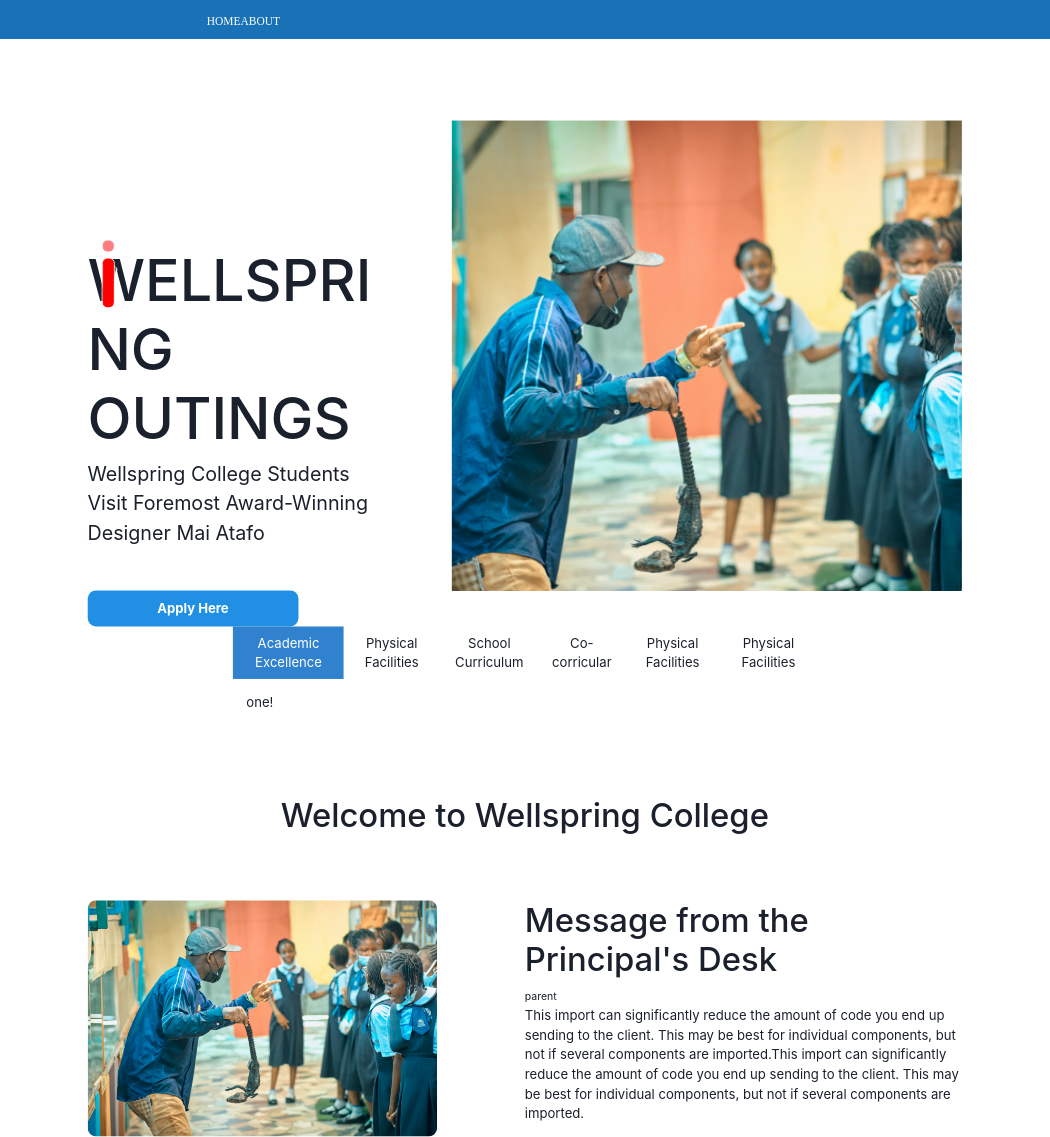
Repository: gr8skills/wellspring-school-forked
Page: /
These files come from the project's save history. The page is drawn as it stood at one moment and after the next save; the edit follows.
The browser window is 1280 px wide. The pictures show the whole page, at 82% of full size.
The project was rebuilt for these pictures with package versions that can differ from the ones it lists, and the page was loaded fresh each time. Also part of the build but not shown: src/components/Navbar/Dropdown.scss, src/components/Navbar/Dropdown.js, src/components/Calendar/Calendar.js, src/components/News/News.js.

Above is the page before, as saved 2022-12-02 00:30:58.

### src/index.css
body {
  /* margin: 0;
  font-family: -apple-system, BlinkMacSystemFont, 'Segoe UI', 'Roboto', 'Oxygen',
    'Ubuntu', 'Cantarell', 'Fira Sans', 'Droid Sans', 'Helvetica Neue',
    sans-serif;
  -webkit-font-smoothing: antialiased;
  -moz-osx-font-smoothing: grayscale; */
}

/* code {
  font-family: source-code-pro, Menlo, Monaco, Consolas, 'Courier New',
    monospace;
} */

### src/App.js
import logo from './logo.svg';
import './App.css';
import { BrowserRouter, Routes, Route, Link, Outlet } from "react-router-dom";
import "bootstrap/dist/css/bootstrap.min.css";

import NavBar from './components/Navbar/Navbar';
import { Home } from './pages/Home/Home';

function App() {
  return (


    <BrowserRouter>
      <NavBar />

      <Routes>
        <Route path="/" element={<Home />} />
        {/* <Route path="users" element={<Users />}>
          <Route path="me" element={<OwnUserProfile />} />
          <Route path=":id" element={<UserProfile />} />
        </Route> */}
      </Routes>
    </BrowserRouter>
  );
}

export default App;

### src/App.css
body{
}

.App {
  text-align: center;
    background-color:black;

}

.App-logo {
  height: 40vmin;
  pointer-events: none;
}

@media (prefers-reduced-motion: no-preference) {
  .App-logo {
    animation: App-logo-spin infinite 20s linear;
  }
}


@keyframes App-logo-spin {
  from {
    transform: rotate(0deg);
  }
  to {
    transform: rotate(360deg);
  }
}

### src/pages/Home/Home.js

import Carousel from "react-bootstrap/Carousel";
import Slider1 from "../../assets/slider1.png";
import Slider2 from "../../assets/slider2.png";
import { Sliders } from "../../components/Sliders/Sliders";
import { Button, ButtonGroup } from "@chakra-ui/react";

import "./_home.scss";
import { AppButton } from "../../components/AppButton/AppButton";
import { Calendar } from "../../components/Calendar/Calendar";
import { News } from "../../components/News/News";
import { AppTab } from "../../components/AppTab/AppTab";
export const Home =()=>{
    return (
      <>
        <div className="home-page-trans col-md-12 flexy">
          <div className="col-md-1">&nbsp;</div>
          <div className="col-md-10">
            {" "}
            <Carousel fade>
              <Carousel.Item>
                <div className="col-md-12 flexy">
                  <div className="col-md-4 slider-label">
                    <h1>Beyond the Classroom</h1>
                    <p>
                      Wellspring College Students Visit Foremost Award-Winning
                      Designer Mai Atafo
                    </p>
                  </div>
                  <div className="col-md-1">&nbsp;</div>
                  <div className="col-md-7">
                    <img
                      className="col-md-12 imgCaro"
                      src={Slider1}
                      alt="Scholar"
                    />
                  </div>
                </div>
              </Carousel.Item>

              <Carousel.Item>
                <div className="col-md-12 flexy">
                  <div className="col-md-4 slider-label">
                    <h1>WELLSPRING OUTINGS</h1>
                    <p>
                      Wellspring College Students Visit Foremost Award-Winning
                      Designer Mai Atafo
                    </p>
                  </div>
                  <div className="col-md-1">&nbsp;</div>

                  <div className="col-md-7">
                    <img
                      className="col-md-12 imgCaro"
                      src={Slider2}
                      alt="Scholar"
                    />
                  </div>
                </div>
              </Carousel.Item>
            </Carousel>
            <AppButton text="Apply Here" />
            {/* <Calendar month="Nov" day="10" year="2022" event="Open Day" time="10:00am-3:00pm"/> */}
            {/* <News date="August 29th, 2022" message="Wellspring College celebrates it's 17th Valedictory Service and Graduation Ceremony" url=""/> */}
            <AppTab />
          </div>
        </div>
        <div className="col-md-12 welcome-message-title">
          <Sliders
            header="Welcome to Wellspring College"
            message="This import can significantly reduce the amount of code you end up sending to the client. This may be best for individual components, but not if several components are imported.This import can significantly reduce the amount of code you end up sending to the client. This may be best for individual components, but not if several components are imported."
            sliderImg={Slider2}
            title="Message from the Principal's Desk"
            speaker="parent"
          />
        </div>
      </>
    );
}

### src/components/Navbar/MenuItems.js
export const navMenus = {
    about: [
        // {title: 'About ' + process.env.REACT_APP_SITE_NAME, path: '/about', cName: 'dropdown-link'},
        // {title: 'Administrator’s Message', path: '/about/administrators-message', cName: 'dropdown-link'},
        // {title: 'Proprietor’s Message', path: '/about/proprietors-message', cName: 'dropdown-link'},
        // {title: 'History of the School', path: '/about/history', cName: 'dropdown-link'},
        // {title: 'Contact Us', path: '/about/contact-us', cName: 'dropdown-link'},
    ]
}

export default navMenus;

### src/components/Navbar/NavBar.module.css


.navCont{
    position: relative;
    /* display: flex; */
    width:25%;
    /* justify-content: space-between; */
    /* margin: 0 auto; */
    /* max-height: 5rem; */
    padding-left:220px;

}

.nav-links{
    font-size:10px !important;
}


.imgCont{
    position: relative;
}

/* .imgContent{
    position: absolute;
    z-index: 1;
    height: 6vw;

} */

/* .btnPortal{
    background-color: #4CA14900;
    color: #fff;
    height: 2.5rem;
    width: 7rem;
    font-size: 18px;
    border-radius: 5px;
    position: relative;
    outline: 0;
    border: 0;
    transition: 1.5s scale linear;
} */

/* .btnPortal:focus{
    outline: 0;
    border: 0;
} */

/* .btnPortal:hover{
    transform: scale(1.02);
    background-color: #4CA149CF;
} */

/* .fIcon{
    width: 30px;
    height: 30px;
    padding: 5px 5px;
    transform: translate(-6px, -1px);
} */

/* @media screen and (max-width: 960px) {
    .navCont{
        position: relative;
        display: flex;
        width: 100%;
        justify-content: space-between;
        margin: 0 auto;
        max-height: 5rem;

    }

    .imgContent{
        position: absolute;
        z-index: 1;
        height: 16vw;

    }

}


 */

### src/components/Navbar/_navbar.scss
@import "../../variables";





.navContainer{
    background:$themecolor;
    min-height: 3rem;
    position: fixed;
    z-index: 1;
    right: 0;
    width: 100%;
    top: 0;
}


.nav-list{
    display: flex;
    max-width: 70%;
    width: 70%;
    justify-content: space-between;
    list-style: none;
    color: #fff;
    font-family: monserat;
    transform: translateY(54%);
    margin: 0 !important;
}

.nav-list li{
    line-height: 25px;
    text-align: center;
    margin: 0;
    font-size: 14px;

}

/* .nav-list li a{
    color: #fff;
} */


.nav-item {
    height: auto;
    justify-content: center;
    display: flex;
}

.menu-icon{
    display: none;
}




.nav-links {
    color: #fff;
    display: flex;
    align-items: center;
    text-decoration: none;
    height: 100%;
    transition: all 0.2s ease-out;

}

.nav-links:hover {
    background-color: #fff;
    text-decoration: none;
    // padding:5px;
    color:$themecolor;
}


@media screen and (max-width: 600px) {
    .ph{
        display: none;
    }

@media screen and (max-width: 960px) {
    .nav-list{
        display: none;
    }
}

    .menu-icon{
        display: block;
    }

    .nav-list{
        display: flex;
        flex-direction: column;
        position: absolute;
        height: 42rem;
        width: 100%;
        max-width: 100% !important;
        top: 48px;
        transform: translateY(4%);
        /* z-index: 999; */
        opacity: 1;
        right: -100%;
        transition: all .5s linear;
    background-color: #4CA149;

    }
.mainMenu li a{
    line-height:20px !important;

}
    .nav-list.active{
        transition: all 0.3s ease-out;
        visibility: visible;
        transition: all .5s linear;
        right: 0;
        /* z-index: 1; */
    }

    .nav-list.active li {
        font-size: 4vw;
        position: relative;
        margin: 30px 0;
    }


    .fa-times{
        position: relative;
        float: right;
        width: 100%;
    }

    .fa-times, .fa-bars{
        font-size: 40px;
        color: #feed00;
        transition: all 1.5ms linear;
        transform: translate(-29px, 17px);

    }
.nav-links{
    display:none;
}
}




@media screen and (min-width: 960px) {
    .wrapper{
        display:none;
    }
}



/*for sidenav*/




.ph:hover{
    background-color:rgb(255, 165, 0) !important;
    opacity:1 !important
}
.wrapper{
    position: absolute;
    top: 50%;
    left: 50%;
    transform: translate(-50%, -50%);

}
.mainMenu{
    width: 250px;
    display: block;
    border-radius: 10px;
    overflow: hidden;
}
.mainMenu a{
  font-size:20px !important;
  font-weight:bold !important;
      font-family: monserat;
      /* margin-bottom:-20px; */
}
.item{
    border-top: 1px solid orange;
    overflow: hidden;
margin: top 0;
line-height: 20px !important;
}
.btn{
    display: block;
    padding: 15px 20px;
    color: #fff;
    position: relative;
    padding-left:5px !important;
    /* text-align:left !important; */

}
.btn:before{
    content: '';
    position: absolute;
    width: 0;
    height: 0;
    border-left: 8px solid transparent;
    border-right:8px solid transparent;
    /* border-top:10px solid rgba(0,128,0,0.9); */
    right: 15px;
    bottom: -10px;
    z-index: 9;

}
.btn i {
    margin-right: 7px;
    margin-left: -5px;
    font-size: 13px;
}
.subMenu{
    /* background:#A3DA8D !important; */
      overflow: hidden;
        /* background:rgba(78,161,73, 0.1)!important; */
        background:rgba(178,161,173, 0.1)!important;

    transition: max-height 0.7s;
max-height: 0;
z-index:300000000 !important;
position:relative !important;

}
.subMenu a{
    display: block;
    /* padding: 5px 10px !important; */
    color: #fff !important;
    font-size: 14px !important;
    border-bottom: 1px solid #394c7f;
    position: relative;
    margin-top:5px !important;


}
.subMenu a:before{
    content: '';
    opacity: 0;
    transition: opacity 0.3s;

}
.subMenu a:hover:before{
    content: '';
    position: absolute;
    height: 0;
    width: 6px;
    left: 0;
    top:0;
    opacity: 1;
    /* background-color: #d8d824; */
    border-top: 24px solid transparent;
    border-left: 11px solid #ffffff;
    border-bottom: 24px solid transparent;
}
.subMenu a:after{
    content: '';
    opacity: 0;
    transition: opacity 0.3s;

}
.subMenu a:hover:after{
    content: '';
    position: absolute;
    height: 0;
    width: 6px;
    right: 0px;
    top:0;
    opacity: 1;
    /* background-color: #d8d824; */
    border-top: 24px solid transparent;
    border-right: 11px solid #ffffff;
    border-bottom: 24px solid transparent;
}
.subMenu a:hover{
   background-color:orange;
    transition: all 0.3s;
    border-bottom: 2px solid #394c7f;
}
.subMenu a:last-child{
    border:none;
}
.item:target .subMenu{
    max-height: 300px;
        /* transition: max-height 0.7s !important; */

}

.login{
  background-color:#ED2f59;
  padding:5px 14px 5px 14px !important;
  border-radius:5px;
margin-right:55px;
margin-left:30px;
font-family: 'Poppins', sans-serif;

  }



.portal{
  background-color:rgb(221, 156, 35);
  /* padding:7px; */
  width:120px;
  margin-left:50px;
  border-radius:5px;
 padding:7px !important;
 font-size:5px !important;
 color:white !important;
    /* padding-bottom:6px !important; */
  margin-top:20px !important;
   font-size:11px !important;
      text-decoration: none;

  }

  .portal a{

  }

### src/components/Sliders/Sliders.js
import './_sliders.scss'

export const Sliders=(props)=>{
    return (
      <>
        <div className="col-md-12 slider-header">
          <h1>{props.header}</h1>
        </div>
        <div className="col-md-12 flexy slider-container">
          <div className="col-md-1">&nbsp;</div>
          <div className="col-md-4">
            <img
              className="col-md-12 imgCaro"
              src={props.sliderImg}
              alt="Scholar"
            />
          </div>
          <div className="col-md-1">&nbsp;</div>
          <div className="col-md-5">
            <h1>{props.title}</h1>
            <small>{props.speaker}</small>
            <p>{props.message}</p>
          </div>
        </div>
      </>
    );
}

### src/pages/Home/_home.scss
@import "../../variables";
@import "../../shared-styles";



.home-page-trans{
    img{
            margin-top:147px;
            height:100% !important;

    }
    .slider-label{
        margin-top:300px;
        h1{
                    font-size:70px;

        }
        p{
            font-size:24px;
        }
    }
    .carousel {
    position: relative;
    z-index: 0;

}
.carousel-inner {
    position: relative;
    width: 100%;
    overflow: hidden;
    height: 100vh;
}

.imgCaro{
    width: 100%;
    height: 100%;
    object-fit: cover;
}

.carousel-indicators > button.active {
    opacity: 1;
    max-width: 14px !important;
    max-height:60px  !important;
    min-width: 14px !important;
    min-height:60px  !important;
    background-color: red !important;
    border-color: #fff !important;
    outline: none;
    border: none;
    border-radius: 7px !important;

}

.carousel-indicators button{
    max-width: 14px !important;
    max-height: 14px !important;
    min-width: 14px !important;
    min-height: 14px !important;
    margin: 3px 5px !important;
    border-radius: 7px !important;
    background-color: red!important;
    border: 1px solid #fff !important;
    transition: all .5s linear ;

}

.carousel-indicators button:focus{
        outline:0;
        border-color: #4287BD;
}
.carousel-indicators  {
    position: absolute;
    right: 0;
    bottom: 10px;
    left: 0;
    z-index: 15;
    display: flex;
    flex-direction: column;
    height: 100%;
    justify-content: center;
    padding-left: 0;
    margin-right: 0;
    margin-left: 1vw;
    list-style: none;
    outline: none;
    border: none;
}

.carousel-control-next {
    left: 1vw;
    transform: rotate(-91deg);
    position: absolute;
    margin-top: 15% !important;
    justify-content: right !important;
    height: 10px;
    width: 18px !important;
    font-size: 50px;

}
.carousel-control-prev {
    left: 1.5vw;
    transform: rotate(91deg) !important;
    position: absolute;
    margin-top: 30% !important;
    justify-content: right !important;
    height: 10px;
    font-size: 50px;
    width: 20px !important;
}
// .carousel-control-prev::after{
//     content: url('../../assets/DownArrows.svg');
//     background-color: red;
//     font-size: 54px;
//     z-index: 100;
//     right: 0;
//     width: 20px;
//     height: 80px;
// }
// .carousel-control-next::after{
//     content: url('../../assets/DownArrows.svg');
//     background-color: red !important;
//     font-size: 54px;
//     z-index: 1000000000000000000000000000;
//     position:relative;
//     right: 0;
//     width: 20px;
//     height: 80px;
// }
}

### src/components/AppButton/AppButton.js
import { Button, ButtonGroup } from "@chakra-ui/react";
import "./_app-button.scss";
export const AppButton =(props)=>{
    return (
      <button className="app-button">
        {props.text}
      </button>
    );
}

### src/components/AppTab/AppTab.js
import { Tabs, TabList, TabPanels, Tab, TabPanel } from "@chakra-ui/react";

import "./_app-tab.scss";

export const AppTab = () => {
  return (
    <>
      <div className="row">
        <div className="col-md-12 flexy">
          <div className="col-md-2">&nbsp;</div>
          <div className="col-md-8">
            <Tabs variant="unstyled">
              <TabList>
                <Tab _selected={{ color: "white", bg: "blue.500" }}>Academic Excellence</Tab>
                <Tab _selected={{ color: "white", bg: "green.400" }}>Physical Facilities</Tab>
                <Tab _selected={{ color: "white", bg: "green.400" }}>School Curriculum</Tab>
                <Tab _selected={{ color: "white", bg: "green.400" }}>Co-corricular</Tab>
                <Tab _selected={{ color: "white", bg: "green.400" }}>Physical Facilities</Tab>
                <Tab _selected={{ color: "white", bg: "green.400" }}>Physical Facilities</Tab>
              </TabList>
              <TabPanels>
                <TabPanel>
                  <p>one!</p>
                </TabPanel>
                <TabPanel>
                  <p>two!</p>
                </TabPanel>
              </TabPanels>
            </Tabs>
          </div>
        </div>
      </div>
    </>
  );
};

### src/_variables.scss
$themecolor:#1972B6;
$themecolor2:rgb(32,143,228);

### src/components/Sliders/_sliders.scss
@import "../../variables";
@import "../../shared-styles";


.slider-header{
    text-align: center;
    margin-top:70px;
    margin-bottom:80px;
    font-size:50px;
}
.slider-container{
    img{
         position: relative;
    width: 100%;
    overflow: hidden;
    height: 40vh;
    border-radius:10px;;
            object-fit: cover;

    }
}

### src/_shared-styles.scss
@media screen and (max-width:620px){
    .flexyM{
        display:flex;
    }
}@media screen and (min-width:620px){
    .flexy{
        display:flex;
    }
}

### src/components/AppButton/_app-button.scss
@import "../../shared-styles";
@import "./overides";
@import "../../variables";

.app-button{
    background-color:$themecolor2;
    color:white;
    padding:10px 85px;
    font-weight:bold;
    border-radius:10px;
}

### src/components/Calendar/_calendar.scss
@import "../../shared-styles";
@import "../../variables";



.calendar-container{
    .calendar-box{
background-color:$themecolor2;
height:100px;
width:110px;
border-radius: 10px;
color:#fff;
    text-align: center;
    padding:10px 0;

    }
    p{
        color:grey;
    }
    .calendar-day{
        font-size:35px;
    }
    .calendar-description{
        font-size:25px;
    }
}

### src/components/News/_news.scss
@import "../../shared-styles";
@import "../../variables";
.news-container{
    .news-img{
                margin-bottom:200px;

    }
    img{
        width:100%;
        border-radius: 10px;


    }
    .news-description{
        margin-top:200px;
        margin-left:30px;
        h6{
            color:grey;
        }
    }
    .read-more-link{
        color:$themecolor;
        margin-top:50px;
    }
}

### src/components/AppTab/_app-tab.scss
@import "../../shared-styles";
@import "./overides";
@import "../../variables";

### src/components/AppButton/_overides.scss
@import "../../variables";



.css-jut409{
    background-color:$themecolor;
    padding:140px !important;
}

Loaded but not shown: public/index.html (common file); src/index.js (common file); src/reportWebVitals.js (common file); src/components/Navbar/Navbar.js (300 lines, source omitted); src/components/AppTab/_overides.scss (no stored copy; drawn as an empty file)

After the next save:
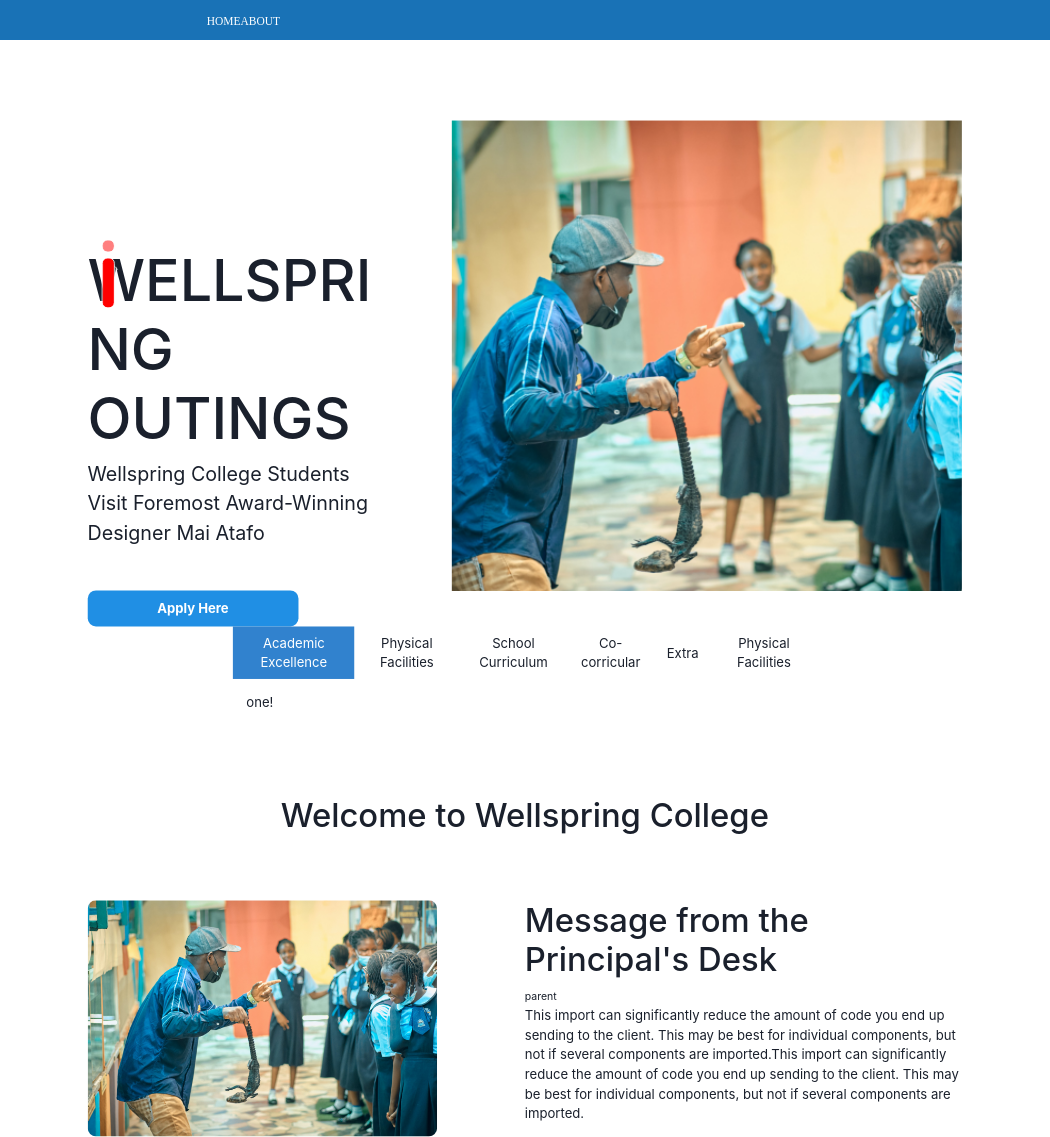
Saved 9 s later.
--- a/src/components/AppTab/AppTab.js
+++ b/src/components/AppTab/AppTab.js
@@ -15,7 +15,7 @@
                 <Tab _selected={{ color: "white", bg: "green.400" }}>Physical Facilities</Tab>
                 <Tab _selected={{ color: "white", bg: "green.400" }}>School Curriculum</Tab>
                 <Tab _selected={{ color: "white", bg: "green.400" }}>Co-corricular</Tab>
-                <Tab _selected={{ color: "white", bg: "green.400" }}>Physical Facilities</Tab>
+                <Tab _selected={{ color: "white", bg: "green.400" }}>Extra</Tab>
                 <Tab _selected={{ color: "white", bg: "green.400" }}>Physical Facilities</Tab>
               </TabList>
               <TabPanels>
